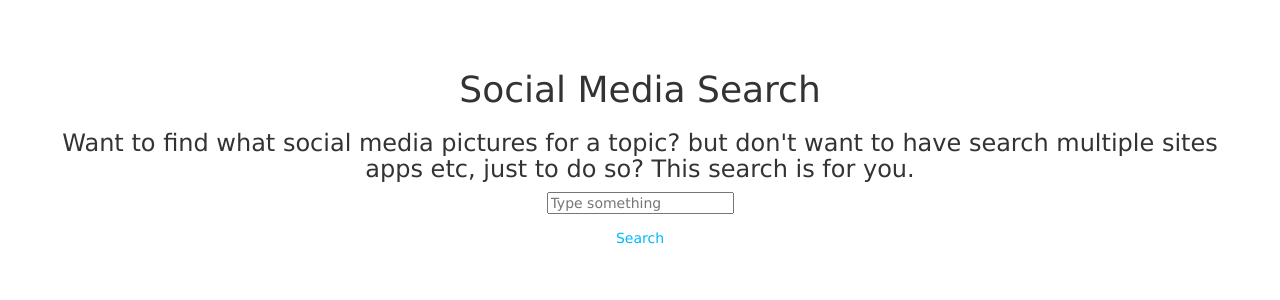
Repository: SanityLacking/MVC-Flickr-Twitter
Page: index.html
The author's editor kept a record of every edit. The page is drawn from the files as they stood at one moment, then again after the next edit.
The browser window is 1280 px wide. The pictures show the whole page.
Some web libraries are served in a nearby version.

Above is the page before.
Not found: stylesheets/pure-min.css

### index.html
<!DOCTYPE html>
<html>

    <head>
        <meta charset=utf-8>
		<title>Photo Album</title>


    <style>
        .gridBox {
            padding: 1em;
            border-width: 5px;
            background: ghostwhite;
            border-radius: 5px;
            margin: 1em;
        }
    </style>


		<!-- JQuery -->
		<script   src="https://code.jquery.com/jquery-3.1.0.js"   integrity="sha256-slogkvB1K3VOkzAI8QITxV3VzpOnkeNVsKvtkYLMjfk="   crossorigin="anonymous"></script>

		<!-- Bootstrap -->
		<link href="https://maxcdn.bootstrapcdn.com/bootstrap/3.3.7/css/bootstrap.min.css" rel="stylesheet" integrity="sha384-BVYiiSIFeK1dGmJRAkycuHAHRg32OmUcww7on3RYdg4Va+PmSTsz/K68vbdEjh4u" crossorigin="anonymous">
		<script src="https://maxcdn.bootstrapcdn.com/bootstrap/3.3.7/js/bootstrap.min.js" integrity="sha384-Tc5IQib027qvyjSMfHjOMaLkfuWVxZxUPnCJA7l2mCWNIpG9mGCD8wGNIcPD7Txa" crossorigin="anonymous"></script>


		<!-- Custom CSS -->
		<link rel="stylesheet" type="text/css" href="assets/stylesheet/styles.css">
	    <link rel="stylesheet" type="text/css" href="stylesheets/pure-min.css">

		<!-- Models -->
		<script src="models/image.js"></script>

		<!-- Controllers -->
		<script src="controllers/main.js"></script>

    </head>
    <div class="content">
    <h1>Social Media Search</h1>

    <h3>Want to find what social media pictures for a topic? but don't want to have search multiple sites
    apps etc, just to do so? This search is for you.</h3>
    <form class="pure-form search" onsubmit="search(this.text)">
        <input class="pure-input-1" type="text" placeholder="Type something" id="searchBox"><br>
        <a class="pure-button" href="#" id="searchBtn">Search</a>

    </form>
    <div class="sk-cube-grid hidden">
        <div class="sk-cube sk-cube1"></div>
        <div class="sk-cube sk-cube2"></div>
        <div class="sk-cube sk-cube3"></div>
        <div class="sk-cube sk-cube4"></div>
        <div class="sk-cube sk-cube5"></div>
        <div class="sk-cube sk-cube6"></div>
        <div class="sk-cube sk-cube7"></div>
        <div class="sk-cube sk-cube8"></div>
        <div class="sk-cube sk-cube9"></div>
    </div>
    <div class="pure-g" id="results">



</html>

### assets/stylesheet/styles.css
.test{
  color:blue;
}

body {
  padding: 50px;
  font: 14px "Lucida Grande", Helvetica, Arial, sans-serif;
}

a {
  color: #00B7FF;
}


.search {
  display: flex;
  align-items: center;
  justify-content: center;
  flex-direction: column;
}
.content{
  text-align: center;
}

.twitLink{
  cursor: pointer;
  color: blue;
  text-decoration: underline;
}
.hidden{
  display: none;
}


/*--------------------loading css icon--------------------------------*/
.sk-cube-grid {
  width: 40px;
  height: 40px;
  margin: 100px auto;
}

.sk-cube-grid .sk-cube {
  width: 33%;
  height: 33%;
  background-color: #333;
  float: left;
  -webkit-animation: sk-cubeGridScaleDelay 1.3s infinite ease-in-out;
  animation: sk-cubeGridScaleDelay 1.3s infinite ease-in-out;
}
.sk-cube-grid .sk-cube1 {
  -webkit-animation-delay: 0.2s;
  animation-delay: 0.2s; }
.sk-cube-grid .sk-cube2 {
  -webkit-animation-delay: 0.3s;
  animation-delay: 0.3s; }
.sk-cube-grid .sk-cube3 {
  -webkit-animation-delay: 0.4s;
  animation-delay: 0.4s; }
.sk-cube-grid .sk-cube4 {
  -webkit-animation-delay: 0.1s;
  animation-delay: 0.1s; }
.sk-cube-grid .sk-cube5 {
  -webkit-animation-delay: 0.2s;
  animation-delay: 0.2s; }
.sk-cube-grid .sk-cube6 {
  -webkit-animation-delay: 0.3s;
  animation-delay: 0.3s; }
.sk-cube-grid .sk-cube7 {
  -webkit-animation-delay: 0s;
  animation-delay: 0s; }
.sk-cube-grid .sk-cube8 {
  -webkit-animation-delay: 0.1s;
  animation-delay: 0.1s; }
.sk-cube-grid .sk-cube9 {
  -webkit-animation-delay: 0.2s;
  animation-delay: 0.2s; }

@-webkit-keyframes sk-cubeGridScaleDelay {
  0%, 70%, 100% {
    -webkit-transform: scale3D(1, 1, 1);
    transform: scale3D(1, 1, 1);
  } 35% {
      -webkit-transform: scale3D(0, 0, 1);
      transform: scale3D(0, 0, 1);
    }
}

@keyframes sk-cubeGridScaleDelay {
  0%, 70%, 100% {
    -webkit-transform: scale3D(1, 1, 1);
    transform: scale3D(1, 1, 1);
  } 35% {
      -webkit-transform: scale3D(0, 0, 1);
      transform: scale3D(0, 0, 1);
    }
}
/*----------------------------------------------------------------*/

### models/image.js
/*******************************
 *     Image Model File
 *  This file contains the model for the Images.
 *  Each image contains member variables and member functions that perform functions specific to the class.
 *  JavaScript does not have strict Classes like Java or other OOP languages but operates on Prototypes
 *
 *
 ******************************/

function Image(id, title, caption = null, fname) {
 // Member Variables ===============================================================
 this.id = id; // Maintain an ID for the image. Might be useful later on
 this.title = title; // Title for an image
 if (caption === null) // Caption for an image -- default is the title
  this.caption = title;
 else
  this.caption = caption;
 this.directory = "assets/photos"; // Where the photos are stored. Change this if the directory changes
 this.fname = fname; // The actual file name of the image


 // Member Functions ===============================================================

 // This function just generates the relative directory for the image... just an example of a prototype function
 this.URL = function() {
  return this.directory + "/" + this.fname;
 }
}

### controllers/main.js
/********************************************************
 *                      Main.js
 * This file sets the initial state for the web app
 * The controller files are responsible for the interactions
 * between the model and the view layers. Ideally, you will
 * have a new controller for each HTML page.
 *
 *******************************************************/

// Do stuff when the window loads
window.onload = function() {
    // Some listeners
    var searchButton = document.getElementById("searchButton");
    //searchButton.addEventListener("click", searchImages, true);
    $(searchButton).on("click", searchImages);

    var searchForm = document.getElementById("searchForm");
    //searchForm.addEventListener("onkeypress", searchImages)   // Searches field prior to keypress
    $(searchForm).on("keyup", searchImages);                    // Uses JQuery to search field as it changes

    // Set initial images
    // var images = getImages();
    //console.log(images);
    //displayImages(images);

    // Wait for page to load
    $( document ).ready(loadPage());
    $('#showPage').click(showPage);
    $('#goToSplash').click(showSplash);
};


$(document).ready(function(){
    $("#searchBtn").on("click",function(){
        search($("#searchBox").val());
    })

    $("#searchBox").keypress(function(event) {
        if (event.which == 13) {
            event.preventDefault();
            search($("#searchBox").val());
            $( "#results" ).focus();
        }
    });
})

// Splash Screen
function loadPage(){
    //$(splash).html("Page loaded. Click <a href='#' id='showPage'>HERE</a> to continue");
    showPage();
}

function showPage(){
    console.log("showpage");
    $('#splash').addClass('hidden');
    $('#body').removeClass('hidden');
    $('#nav').removeClass('hidden');
}
function showSplash(){
    console.log("showsplash");
    $('#splash').removeClass('hidden');
    $('#body').addClass('hidden');
    $('#nav').addClass('hidden');
}

// Search Images
function searchImages() {
    var keyword = document.getElementById('searchForm').value;

    // Clear gallery and get image array
    clearGallery();
    var images = searchFlickr();

    // Search results
    var results = search(keyword, images);
    displayImages(results, true);
}

// Search an array for keywords
function search(keyword, images){
    keyword.trim();
    keyword.toLowerCase();
    var results = [];
    for(var i=0; i < images.length; i++){
        if(images[i].title.toLowerCase().indexOf(keyword) !== -1){
            results.push(images[i]);
        }
    }

    return results;
}

// Choose what images to display
function displayImages(images, search = false) {
    var row;
    if(images.length == 0){
        // No images in results -- Provide visual feedback that there are no valid results

        row = document.createElement("div");
        row.setAttribute("class", "col-md-12");
        row.setAttribute("style", "margin: 10px");


        // Create Image Container
        var container = document.createElement("div");
        container.setAttribute("class", "col-md-12");
        row.appendChild(container);

        // Create Image Div
        var div = document.createElement("div");
        div.setAttribute("class", "text-center");
        div.setAttribute("style", "padding: 30px; border-style: solid; border-width:0px;");
        // If search is true
        if (search && i % 2 == 0) {
            div.setAttribute("style", "padding: 30px; border-style: solid; border-width:1px; background-color: #666");
        }
        container.appendChild(div);

        // Create Caption
        var title = document.createTextNode("No image found");
        div.appendChild(title);

        // Attach row to body
        var parent = document.getElementById("body");
        parent.appendChild(row);
    } else {
        for (var i = 0; i < images.length; i++) {
            var image = images[i];

            // Create a row for every 3 divs
            if (i % 3 == 0) {
                row = document.createElement("div");
                row.setAttribute("class", "col-md-12");
                row.setAttribute("style", "margin: 10px");
            }

            // Create Image Container
            var container = document.createElement("div");
            container.setAttribute("id", image.id);
            container.setAttribute("class", "col-md-4");
            row.appendChild(container);

            // Create Image Div
            var div = document.createElement("div");
            div.setAttribute("id", image.id);
            div.setAttribute("class", "text-center")
            div.setAttribute("style", "padding: 30px; border-style: solid; border-width:1px;");
            container.appendChild(div);

            // Create Image
            var img = document.createElement("img");
            img.setAttribute('src', image.URL());
            img.setAttribute('class', 'img-responsive');
            div.appendChild(img);

            // Create Caption
            var title = document.createTextNode(image.title);
            div.appendChild(title);

            // Attach row to body
            var parent = document.getElementById("body");
            parent.appendChild(row);
        }
    }
}

// This function clears the body section
function clearGallery() {
    document.getElementById('body').innerHTML = "";
}

// Maintains an array of all the images stored for the lab
function getImages() {
    var images = [{
        fname: 'DSC01049.jpg',
        title: 'City View'
    }, {
        fname: 'DSC01066.jpg',
        title: 'Ferris Wheel'
    }, {
        fname: 'DSC02511.jpg',
        title: 'A building in the forbidden city with extra long text'
    }, {
        fname: 'DSC03810.jpg',
        title: 'City from Mt Gravatt'

    }, {
        fname: 'DSC05750.jpg',
        title: 'Sunrise?'
    }];

    var imgArr = [];
    for (var i = 0; i < images.length; i++) {
        var item = images[i];
        var img = new Image(i + 1, item.title, item.title, item.fname);
        imgArr.push(img);
    }

    return imgArr;
}

// This function presents the first image in the array for N times
/* Deprecated
function repeat(n, images) {
    var results = [];

    for (var i = 0; i < n; i++) {
        results.push(images[0]);
    }

    return results;
}
//*/

function searchFlickr(term){
    console.log("searchFlickr");
    console.log("term="+term);
    var imgArr;
    var method="flickr.photos.getRecent";
    if(term != ""){
        method = "flickr.photos.search";
    }
    var url = "https://api.flickr.com/services/rest/?method="+method+"&api_key=dc140afe3fd3a251c2fdf9dcd835be5c&tags="+term+"&safe_search=1&per_page=20";
    var src;
    $.getJSON(url + "&format=json&jsoncallback=?", function(data){
        var results = (data);
        console.log(results);
        displayOutputFlickr(results);
    /*$.each(data.photos.photo, function(i,item){
        console.log(item);
        src = "http://farm"+ item.farm +".static.flickr.com/"+ item.server +"/"+ item.id +"_"+ item.secret +"_m.jpg";
        displayImg(item);
        console.log(src);
       // $("<img/>").attr("src", src).appendTo("#images");
        //if ( i == 3 ) return false;

    });*/
});
    return imgArr;
}


function searchInstagram(term){
    console.log("searchInstagram");
    console.log("term="+term);
    var imgArr;
    var method="flickr.photos.getRecent";
    if(term != ""){
        method = "flickr.photos.search";
    }

    var url = "https://api.instagram.com/v1/users/self/?access_token=5399513485.7bcc1f9.47279f18017646508ddc0a57cbcb69d3"
    //var url = "https://api.flickr.com/services/rest/?method="+method+"&api_key=dc140afe3fd3a251c2fdf9dcd835be5c&tags="+term+"&safe_search=1&per_page=20";
    var src;


    $.ajax({
        url: "https://api.instagram.com/v1/tags/coffee/media/recent?access_token=5399513485.7bcc1f9.47279f18017646508ddc0a57cbcb69d3&callback=callbackFunction",
        type: 'POST',
        success: function (result) {
            console.log(result);
        },

        error: function () {
            alert("error");
        }
    });
    /*
    $.getJSON(url, function(data){
        var results = (data);
        console.log(results);
        displayOutputFlickr(results);
    /*$.each(data.photos.photo, function(i,item){
        console.log(item);
        src = "http://farm"+ item.farm +".static.flickr.com/"+ item.server +"/"+ item.id +"_"+ item.secret +"_m.jpg";
        displayImg(item);
        console.log(src);
       // $("<img/>").attr("src", src).appendTo("#images");
        //if ( i == 3 ) return false;

    });*/
//});
    return imgArr;

}

function callbackFunction(response){
    console.log(response);
}
function displayImg(){

}
function search(searchItem){
    console.log("Search");
   var term = {term:searchItem};
    var output = $("#results");
    output.empty();
    $(".sk-cube-grid").toggleClass("hidden");

    /* nodejs version
    $.get('/search',term, function(response) {
        var results = (response);
        console.log(results);
        displayOutput(results);
    },'json');
    */
    searchFlickr(searchItem);
    //searchInstagram(searchItem);

}
function newSearch(e){
    debugger;
    console.log(e.text);
}
function displayOutputFlickr(data){
    var htmlOutput="";
    var output = $("#results");
    $(".sk-cube-grid").toggleClass("hidden");
   // data = JSON.stringify(data);


    data.photos.photo.forEach(function(elem) {
        //console.log(elem.text);
        var src = "https://farm"+ elem.farm +".static.flickr.com/"+ elem.server +"/"+ elem.id +"_"+ elem.secret +"_m.jpg";
        htmlOutput += '<div class="pure-u-1-3"><div class="gridBox"><img src="'+src+'"></div></div>';
    });
    output.append(htmlOutput);

}

function displayOutput(data){
    var htmlOutput="";
    var output = $("#results");
    $(".sk-cube-grid").toggleClass("hidden");
   // data = JSON.stringify(data);

    data.statuses.forEach(function(elem) {
        //console.log(elem.text);
        htmlOutput += '<div class="pure-u-1-3"><div class="gridBox">' + twitterize(elem.text) + '</div></div>';
    });
    output.append(htmlOutput);

}

function twitterize(text){
    var output;
    if (typeof text == 'undefined'){
        console.log("undefined text");
        return output;
    }

    output = text.replace(/(#)\w+/g,function(v){return '<a class="twitLink" onclick="newSearch(this)">'+v+'</a>'});
    //output = text.replace(/(https:)\w+/g,function(v){return '<a class="twitLink" onclick="newSearch(this)">'+v+'</a>'});
    //output = text;

    return output;
}

Loaded but not shown: assets/stylesheet/pure-min.css (library)

After the next edit:
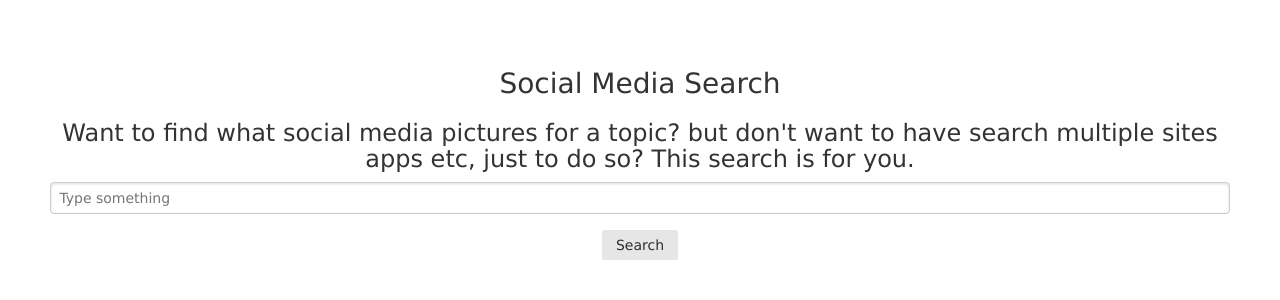
The edit:
--- a/index.html
+++ b/index.html
@@ -27,7 +27,7 @@
 
 		<!-- Custom CSS -->
 		<link rel="stylesheet" type="text/css" href="assets/stylesheet/styles.css">
-	    <link rel="stylesheet" type="text/css" href="stylesheets/pure-min.css">
+	    <link rel="stylesheet" type="text/css" href="assets/stylesheet/pure-min.css">
 
 		<!-- Models -->
 		<script src="models/image.js"></script>
